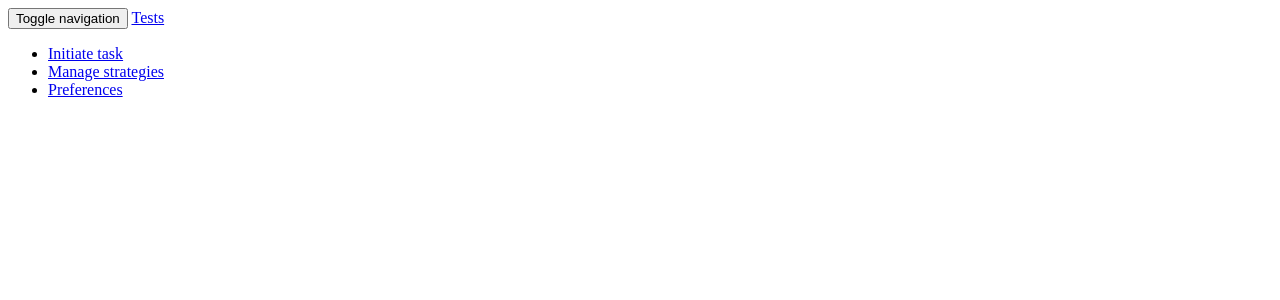
Repository: NeroVanbiervliet/newbeurs-web-terminated
Page: BeursWebApp/WebContent/navigation.html
These files come from the project's save history. The page is drawn as it stood at one moment and after the next save; the edit follows.
The browser window is 1280 px wide. The pictures show the whole page.

Above is the page before, as saved 2015-09-28 09:04:01.

### BeursWebApp/WebContent/navigation.html
<div>
	<!--
	<nav class="navbar navbar-default navbar-fixed-top">
	  <a href=".">Tests</a> |
	  <a href="initiate_simulation.jsp">Initiate task</a> |
	  <a href="manage_strategies.jsp">Manage strategies</a> |
	  <a href="preferences.jsp">Preferences</a>
	</nav>
	-->

	<nav class="navbar navbar-default navbar-fixed-top" role="navigation">
		<div class="container"><!-- Brand and toggle get grouped for better mobile display -->
			<div class="navbar-header">
				<button type="button" class="navbar-toggle" data-toggle="collapse" data-target="#bs-example-navbar-collapse-1">
				<span class="sr-only">Toggle navigation</span> <span class="icon-bar"></span>
				<span class="icon-bar"></span>
				<span class="icon-bar"></span>
				</button>
				<a class="navbar-brand" href="#">Tests</a>
			</div>
			<div class="collapse navbar-collapse" id="bs-example-navbar-collapse-1">
				<ul class="nav navbar-nav">
					<li><a href="#/divisions">Initiate task</a></li>
					<li><a href="#/signup">Manage strategies</a></li>
					<li><a href="#/marathontable">Preferences</a></li>
				</ul>
			</div>
			<!-- /.navbar-collapse -->
		</div>
		<!-- /.container-fluid -->
	</nav>
</div>

After the next save:
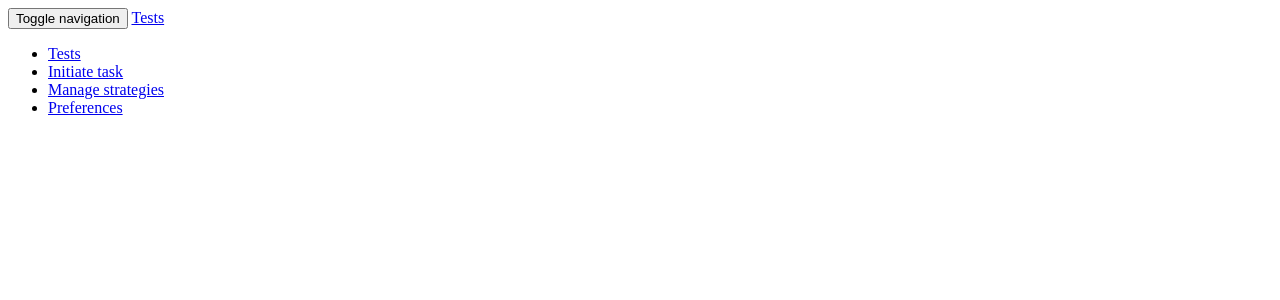
Saved 40 s later.
--- a/BeursWebApp/WebContent/navigation.html
+++ b/BeursWebApp/WebContent/navigation.html
@@ -20,6 +20,7 @@
 			</div>
 			<div class="collapse navbar-collapse" id="bs-example-navbar-collapse-1">
 				<ul class="nav navbar-nav">
+					<li><a href="#/divisions">Tests</a></li>
 					<li><a href="#/divisions">Initiate task</a></li>
 					<li><a href="#/signup">Manage strategies</a></li>
 					<li><a href="#/marathontable">Preferences</a></li>
